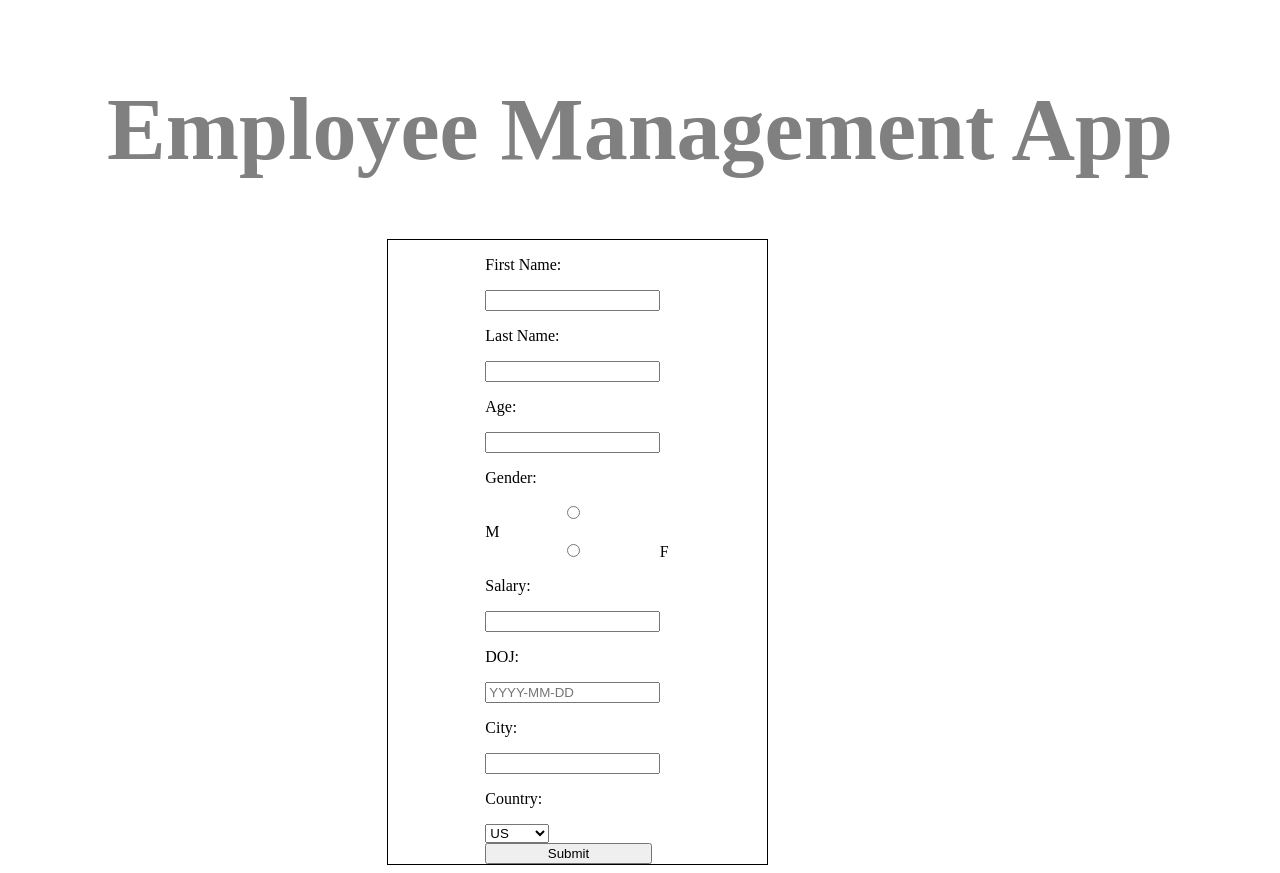
Repository: SaumyaGuptaTechnokrat/Employee_management
Page: http://localhost/Employee/index.jsp
These files come from the project's save history. The page is drawn as it stood at one moment and after the next save; the edit follows.
The browser window is 1280 px wide. The pictures show the whole page.
The page is served by Tomcat 9. Other server files are loaded and not shown.

Above is the page before, as saved 2023-02-10 17:35:56.

### Employee/src/main/webapp/index.jsp
<%@ page language="java" contentType="text/html; charset=ISO-8859-1"
    pageEncoding="ISO-8859-1"%>
<!DOCTYPE html>
<html>
<head>
<meta charset="ISO-8859-1">
<title>Insert title here</title>
<link rel="stylesheet" href="Mystyle.css">
</head>
<body>
<h1>Employee Management App</h1>
<div class="form_container">
<form action="addRecord.jsp" method="post" >

		<p>First Name:</p><input name="fName" type="text"><br>
		<p>Last Name:</p><input name="lName" type="text"><br>
		<p>Age:</p><input name="age" type="number"><br>
		<p>Gender:</p><input name="Gender" type="radio" value="Male">M
		<input type="radio" name="Gender" value="Female">F<br>
		<p>Salary:</p><input name="salary" type="text"><br>
		<p>DOJ:</p><input name="Doj" placeholder="YYYY-MM-DD" type="text"><br>
		<p>City:</p><input name="City" type="text"><br>
		<p>Country:</p><select name="Country">
		<option value="US">US<option/>
		<option value="US">INDIA<option/>
		<option value="US">UK<option/>
		<option value="US">JAPAN<option/>
		</select>
		<input type="button" value="Submit">
</form>
	</div>

</body>
</html>

### Employee/src/main/webapp/Mystyle.css
h1{
	text-align:center;padding-top:20px;color:gray;font-size:550%;
}
.form_container{
	margin:0% 30%;
	width:30%;
	border:1px black solid;
	display:grid;
	justify-content:center
}
input{
	width:90%;
}

After the next save:
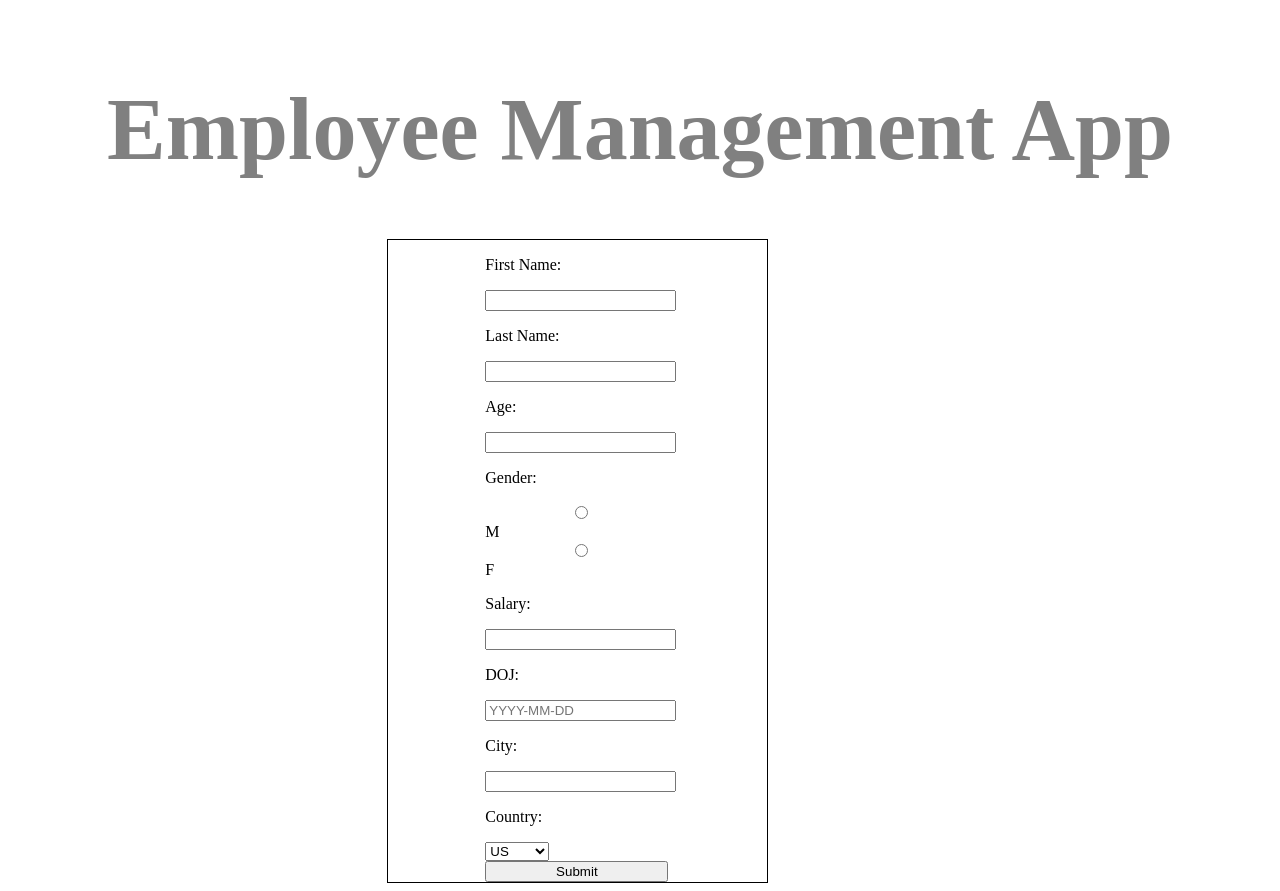
Saved 19 s later.
--- a/Employee/src/main/webapp/Mystyle.css
+++ b/Employee/src/main/webapp/Mystyle.css
@@ -9,5 +9,5 @@ h1{
 	justify-content:center
 }
 input{
-	width:90%;
+	width:99%;
 }
